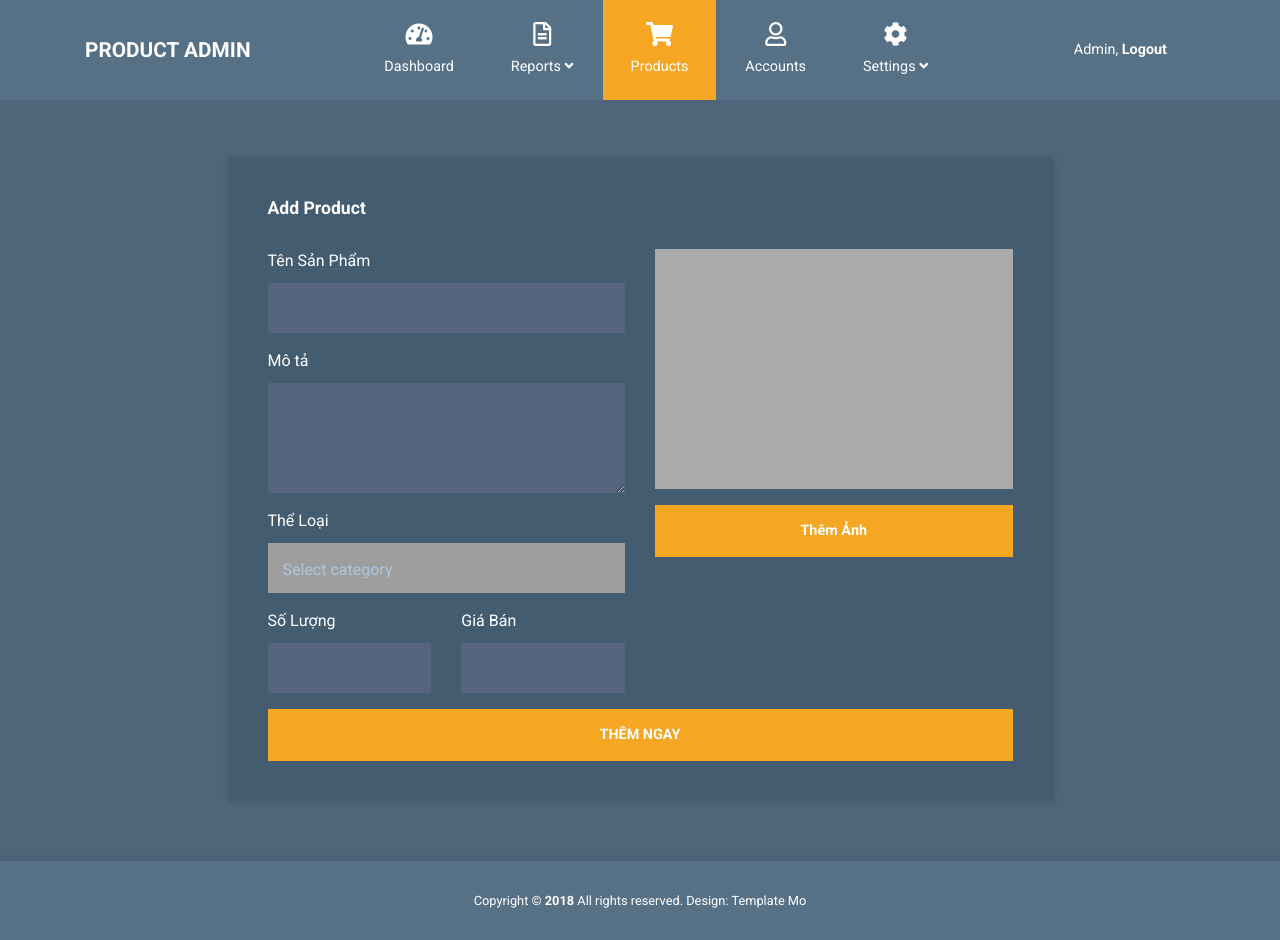
Repository: TruongNguyen0512/Bookhabor-ecommere-web
Page: http://localhost/bookHabor/add-product.jsp
An editor plug-in stored every save of this project. The page is shown before and after the next save, followed by the edit.
The browser window is 1280 px wide. The pictures show the whole page.
Pictures or frames that could not be fetched are drawn as grey boxes. The page is served by Tomcat 9. Nobody is signed in. The application's start-up code is not run. Other server files are loaded and not shown.

Above is the page before, as saved 2023-12-08 06:03:23.

### bookHabor/src/main/webapp/add-product.jsp
<%@ page language="java" contentType="text/html; charset=UTF-8"
	pageEncoding="UTF-8"%>
<!DOCTYPE html>
<html lang="en">
<head>
<meta charset="UTF-8" />
<meta name="viewport" content="width=device-width, initial-scale=1.0" />
<meta http-equiv="X-UA-Compatible" content="ie=edge" />
<title>Add Product - Dashboard HTML Template</title>
<link rel="stylesheet"
	href="https://fonts.googleapis.com/css?family=Roboto:400,700" />
<!-- https://fonts.google.com/specimen/Roboto -->
<link rel="stylesheet" href="css/fontawesome.min.css" />
<!-- https://fontawesome.com/ -->
<link rel="stylesheet" href="jquery-ui-datepicker/jquery-ui.min.css"
	type="text/css" />
<!-- http://api.jqueryui.com/datepicker/ -->
<link rel="stylesheet" href="css/bootstrap.min.css" />
<!-- https://getbootstrap.com/ -->
<link rel="stylesheet" href="css/templatemo-style.css">
<!--
	Product Admin CSS Template
	https://templatemo.com/tm-524-product-admin
	-->
</head>

<body>
	<nav class="navbar navbar-expand-xl">
		<div class="container h-100">
			<a class="navbar-brand" href="index.html">
				<h1 class="tm-site-title mb-0">Product Admin</h1>
			</a>
			<button class="navbar-toggler ml-auto mr-0" type="button"
				data-toggle="collapse" data-target="#navbarSupportedContent"
				aria-controls="navbarSupportedContent" aria-expanded="false"
				aria-label="Toggle navigation">
				<i class="fas fa-bars tm-nav-icon"></i>
			</button>

			<div class="collapse navbar-collapse" id="navbarSupportedContent">
				<ul class="navbar-nav mx-auto h-100">
					<li class="nav-item"><a class="nav-link" href="index.html">
							<i class="fas fa-tachometer-alt"></i> Dashboard <span
							class="sr-only">(current)</span>
					</a></li>
					<li class="nav-item dropdown"><a
						class="nav-link dropdown-toggle" href="#" id="navbarDropdown"
						role="button" data-toggle="dropdown" aria-haspopup="true"
						aria-expanded="false"> <i class="far fa-file-alt"></i> <span>
								Reports <i class="fas fa-angle-down"></i>
						</span>
					</a>
						<div class="dropdown-menu" aria-labelledby="navbarDropdown">
							<a class="dropdown-item" href="#">Daily Report</a> <a
								class="dropdown-item" href="#">Weekly Report</a> <a
								class="dropdown-item" href="#">Yearly Report</a>
						</div></li>
					<li class="nav-item"><a class="nav-link active"
						href="products.html"> <i class="fas fa-shopping-cart"></i>
							Products
					</a></li>

					<li class="nav-item"><a class="nav-link" href="accounts.html">
							<i class="far fa-user"></i> Accounts
					</a></li>
					<li class="nav-item dropdown"><a
						class="nav-link dropdown-toggle" href="#" id="navbarDropdown"
						role="button" data-toggle="dropdown" aria-haspopup="true"
						aria-expanded="false"> <i class="fas fa-cog"></i> <span>
								Settings <i class="fas fa-angle-down"></i>
						</span>
					</a>
						<div class="dropdown-menu" aria-labelledby="navbarDropdown">
							<a class="dropdown-item" href="#">Profile</a> <a
								class="dropdown-item" href="#">Billing</a> <a
								class="dropdown-item" href="#">Customize</a>
						</div></li>
				</ul>
				<ul class="navbar-nav">
					<li class="nav-item"><a class="nav-link d-block"
						href="login.html"> Admin, <b>Logout</b>
					</a></li>
				</ul>
			</div>
		</div>
	</nav>
	<div class="container tm-mt-big tm-mb-big">
		<div class="row">
			<div class="col-xl-9 col-lg-10 col-md-12 col-sm-12 mx-auto">
				<div class="tm-bg-primary-dark tm-block tm-block-h-auto">
					<div class="row">
						<div class="col-12">
							<h2 class="tm-block-title d-inline-block">Add Product</h2>
						</div>
					</div>
					<div class="row tm-edit-product-row">
						<div class="col-xl-6 col-lg-6 col-md-12">
							<form action="" class="tm-edit-product-form">
								<div class="form-group mb-3">
									<label for="name">Tên Sản Phẩm </label> <input id="tenSanPham"
										name="tenSanPham" type="text" class="form-control validate" required />
								</div>
								<div class="form-group mb-3">
									<label for="description">Mô tả</label>
									<textarea class="form-control validate" rows="3" required></textarea>
								</div>
								<div class="form-group mb-3">
									<label for="category">Thể Loại</label> <select
										class="custom-select tm-select-accounts" id="category">
										<option selected>Select category</option>
										<option value="1">Khoa Học</option>
										<option value="2">Văn Học</option>
										<option value="3">Đời Sống</option>
									</select>
								</div>
								<div class="row">
									<div class="form-group mb-3 col-xs-12 col-sm-6">
										<label for="expire_date">Số Lượng</label> <input
											id="" name="soLuong" type="text"
											class="form-control validate" data-large-mode="true" />
									</div>
									<div class="form-group mb-3 col-xs-12 col-sm-6">
										<label for="stock">Giá Bán</label> <input id="stock"
											name="giaBan" type="text" class="form-control validate"
											required />
									</div>
								</div>
						</div>
						<div class="col-xl-6 col-lg-6 col-md-12 mx-auto mb-4">
							<div class="tm-product-img-dummy mx-auto">
								 <img
									id="uploadedImage" src="" alt="Uploaded Image"
									style="display: none; max-width: 100%; height: auto;">
							</div>
							<div class="custom-file mt-3 mb-3">
								<input id="fileInput" type="file" style="display: none;"
									onchange="previewImage(event)" /> <input type="button"
									class="btn btn-primary btn-block mx-auto"
									value="Thêm Ảnh"
									onclick="document.getElementById('fileInput').click();" />
							</div>
						</div>

						<div class="col-12">
							<button type="submit"
								class="btn btn-primary btn-block text-uppercase">Thêm
								Ngay</button>
						</div>
						</form>
					</div>
				</div>
			</div>
		</div>
	</div>
	<footer class="tm-footer row tm-mt-small">
		<div class="col-12 font-weight-light">
			<p class="text-center text-white mb-0 px-4 small">
				Copyright &copy; <b>2018</b> All rights reserved. Design: <a
					rel="nofollow noopener" href="https://templatemo.com"
					class="tm-footer-link">Template Mo</a>
			</p>
		</div>
	</footer>

	<script src="js/jquery-3.3.1.min.js"></script>
	<!-- https://jquery.com/download/ -->
	<script src="jquery-ui-datepicker/jquery-ui.min.js"></script>
	<!-- https://jqueryui.com/download/ -->
	<script src="js/bootstrap.min.js"></script>
	<!-- https://getbootstrap.com/ -->
	<script>
		$(function() {
			$("#expire_date").datepicker();
		});
	</script>

	<script>
  function previewImage(event) {
    const input = event.target;
    if (input.files && input.files[0]) {
      const reader = new FileReader();

      reader.onload = function(e) {
        const image = document.getElementById('uploadedImage');
        image.src = e.target.result;
        image.style.display = 'block';
      };

      reader.readAsDataURL(input.files[0]);
    }
  }
</script>
</body>
</html>

### bookHabor/src/main/webapp/css/templatemo-style.css
@charset "ISO-8859-1";
/*

Product Admin CSS Template

https://templatemo.com/tm-524-product-admin

*/

html {
  font-size: 16px;
  overflow-x: hidden;
}
body {
  font-family: Roboto, Helvetica, Arial, sans-serif;
  background-color: #4e657a;
  overflow-x: hidden;
}
a {
  transition: all 0.3s ease;
}
a:focus,
a:hover {
  text-decoration: none;
}
button:focus {
  outline: 0;
}
.navbar-brand {
  display: flex;
  align-items: center;
}
.tm-site-icon {
  color: #656565;
}
.tm-site-title {
  display: inline-block;
  text-transform: uppercase;
  font-size: 1.3rem;
  font-weight: 700;
  color: #fff;
}
.navbar {
  height: 100px;
  background-color: #567086;
  padding: 0;
}
.navbar .container {
  position: relative;
}
.tm-logout-icon {
  font-size: 1.5em;
}
.tm-mt-big {
  margin-top: 57px;
}
.tm-mb-big {
  margin-bottom: 60px;
}
.tm-mt-small {
  margin-top: 20px;
}
.tm-block-col {
  margin-bottom: 30px;
}
.tm-block {
  padding: 40px;
  -webkit-box-shadow: 1px 1px 5px 0 #455c71;
  -moz-box-shadow: 1px 1px 5px 0 #455c71;
  box-shadow: 1px 1px 5px 0 #455c71;
  min-height: 350px;
  height: 100%;
  max-height: 450px;
}
.tm-block-avatar,
.tm-block-settings {
  max-height: none;
}
.tm-block-avatar {
  height: auto;
}
.tm-block-h-auto {
  min-height: 1px;
  max-height: none;
  height: auto;
}
.tm-block-scroll {
  overflow-y: scroll;
}
.tm-block-overflow {
  overflow: hidden;
}
.tm-block-title {
  font-size: 1.1rem;
  font-weight: 700;
  color: #fff;
  margin-bottom: 30px;
}
.nav-link {
  color: #fff;
  height: 100%;
  display: flex;
  align-items: center;
  justify-content: center;
  flex-direction: column;
  font-size: 90%;
}
.nav-link > i {
  margin-bottom: 10px;
  margin-right: 0;
  font-size: 1.5rem;
}
.dropdown-item,
.nav-link {
  padding: 15px 20px;
}
.dropdown-menu {
  font-size: 90%;
  color: #fff;
  background-color: #567086;
  border-radius: 0;
  padding-top: 10px;
  padding-bottom: 10px;
  min-width: auto;
}
.dropdown-item {
  color: #fff;
  padding: 15px 30px;
}
.navbar-nav .active > .nav-link,
.navbar-nav .nav-link.active {
  background-color: #f5a623;
  color: #fff;
}
.navbar-nav .nav-link.active i {
  color: #fff;
}
.dropdown-item:focus,
.dropdown-item:hover {
  background-color: #567086;
}
.navbar-nav a:hover,
.navbar-nav a:hover i {
  color: #f5a623;
}
.nav-item {
  text-align: center;
}
.nav-item:last-child {
  margin-right: 0;
}
.dropdown-toggle::after {
  display: none;
}
.dropdown-menu {
  margin-top: 0;
  border: 0;
}
.tm-content-row {
  justify-content: space-between;
  margin-left: -20px;
  margin-right: -20px;
}
.tm-col {
  padding-left: 20px;
  padding-right: 20px;
  margin-bottom: 50px;
}
.tm-col-big {
  width: 39%;
}
.tm-col-small {
  width: 21.95%;
}
.tm-gray-circle {
  width: 80px;
  height: 80px;
  background-color: #aaa;
  border-radius: 50%;
  margin-right: 15px;
}
.tm-notification-items {
  overflow-y: scroll;
  height: 90%;
}
.tm-notification-item {
  padding: 15px;
  background-color: #4e657a;
  color: #fff;
  font-size: 95%;
  margin-bottom: 15px;
}
.tm-notification-item:last-child {
  margin-bottom: 0;
}
.tm-notification-link {
  color: #f5a623;
}
.tm-text-color-secondary {
  color: #bdcbd8;
}
.tm-small {
  font-size: 90%;
}
.table {
  background-color: #50697f;
  color: #fff;
  font-size: 85%;
  margin-bottom: 0;
}
thead {
  background-color: #486177;
  color: #fff;
}
.table thead th {
  border-bottom: 0;
}
.tm-status-circle {
  display: inline-block;
  margin-right: 5px;
  vertical-align: middle;
  width: 5px;
  height: 5px;
  border-radius: 50%;
  margin-top: -3px;
}
.moving {
  background-color: #9be64d;
  box-shadow: 0 0 8px #9be64d, inset 0 0 8px #9be64d;
}
.pending {
  background-color: #efc54b;
  box-shadow: 0 0 8px #efc54b, inset 0 0 8px #efc54b;
}
.cancelled {
  background-color: #da534f;
  box-shadow: 0 0 8px #da534f, inset 0 0 8px #da534f;
}
.tm-avatar {
  width: 345px;
}
.tm-avatar-container {
  position: relative;
  cursor: pointer;
  display: flex;
  align-items: center;
  flex-direction: column;
}
.tm-avatar-delete-link {
  position: absolute;
  left: 50%;
  top: 50%;
  margin-left: -25px;
  margin-top: -25px;
  z-index: 1000;
  padding: 14px;
  border-radius: 50%;
  background-color: rgba(57, 78, 100, 0.7);
  display: inline-block;
  width: 50px;
  height: 50px;
  text-align: center;
  display: none;
  transition: all 0.2s ease;
}
.tm-avatar-container:hover .tm-avatar-delete-link {
  display: block;
}
.tm-col-avatar {
  max-width: 425px;
  width: 37%;
  padding-left: 15px;
  padding-right: 15px;
}
.tm-col-account-settings {
  max-width: 822px;
  width: 63%;
  padding-left: 15px;
  padding-right: 15px;
}
.form-control {
  background-color: #54657d;
  color: #fff;
  border: 0;
}
.form-control:focus {
  background-color: #60738e;
  color: #fff;
  border-color: transparent;
  box-shadow: 0 0 0 0.1rem rgb(180, 206, 233, 0.5);
}
.form-group label {
  color: #fff;
  margin-bottom: 10px;
}
.tm-hide-sm {
  display: block;
}
.tm-list-group {
  counter-reset: myOrderedListItemsCounter;
  padding-left: 0;
}
.tm-list-group > li {
  list-style-type: none;
  position: relative;
  cursor: pointer;
  transition: all 0.3s ease;
  padding: 8px;
}
.tm-list-group > li:hover {
  color: #0266c4;
}
.tm-list-group > li:before {
  counter-increment: myOrderedListItemsCounter;
  content: counter(myOrderedListItemsCounter) ".";
  margin-right: 0.5em;
}
.tm-list {
  padding-left: 30px;
}
.tm-list > li {
  margin-bottom: 20px;
}
.form-control {
  padding: 19px 18px;
  border-radius: 0;
  height: 50px;
}
.form-group {
  margin-bottom: 15px;
}
.btn {
  border-radius: 0;
  padding: 13px 28px;
  transition: all 0.2s ease;
  max-width: 100%;
}
.btn-small {
  padding: 10px 24px;
}
.btn-primary {
  color: #fff;
  background-color: #f5a623;
  border: 2px solid #f5a623;
  font-size: 90%;
  font-weight: 600;
}
.btn-primary:active,
.btn-primary:hover {
  color: #f5a623;
  background-color: transparent;
  border: 2px solid #f5a623;
}
.custom-file-input {
  cursor: pointer;
}
.custom-file-label {
  border-radius: 0;
}
.table td,
.table th {
  border-top: 1px solid #415a70;
  padding: 15px 25px;
  vertical-align: middle;
}
.tm-table-small td,
.tm-table-small th {
  padding-left: 12px;
  padding-right: 12px;
}
.table-hover tbody tr {
  transition: all 0.2s ease;
}
.table-hover tbody tr:hover {
  color: #a0c0de;
}
.tm-bg-primary-dark {
  background-color: #435c70;
}
.tm-bg-gray {
  background-color: rgba(0, 0, 0, 0.05);
}
.tm-table-mt {
  margin-top: 66px;
}
.page-item:first-child .page-link {
  border-top-left-radius: 0;
  border-bottom-left-radius: 0;
}
.page-item:last-child .page-link {
  border-top-right-radius: 0;
  border-bottom-right-radius: 0;
}
.page-link {
  padding: 12px 18px;
}
.page-link,
.page-link:hover {
  color: #000;
}
.page-item {
  margin-right: 18px;
}
.page-item:last-child {
  margin-right: 0;
}
.page-item.active .page-link {
  background-color: #e9ecef;
  border-color: #dee2e6;
  color: #000;
}
input[type="checkbox"] {
  cursor: pointer;
  -webkit-appearance: none;
  appearance: none;
  background-color: #394e64;
  background-position: center;
  border-radius: 50%;
  box-sizing: border-box;
  position: relative;
  box-sizing: content-box;
  width: 24px;
  height: 24px;
  transition: all 0.1s linear;
}
input[type="checkbox"]:checked {
  background: url(../img/check-mark.png) #394e64 center no-repeat;
}
input[type="checkbox"]:focus {
  outline: 0 none;
  box-shadow: none;
}
.tm-block-products {
  min-height: 725px;
}
.tm-block-product-categories {
  min-height: 650px;
}
.tm-product-table-container {
  max-height: 465px;
  margin-bottom: 15px;
  overflow-y: scroll;
}
.tm-product-table tr {
  font-weight: 600;
}
.tm-product-name {
  font-size: 0.95rem;
  font-weight: 600;
}
.tm-product-delete-icon {
  font-size: 1.1rem;
  color: #fff;
}
.tm-product-delete-link {
  padding: 10px;
  border-radius: 50%;
  background-color: #394e64;
  display: inline-block;
  width: 40px;
  height: 40px;
  text-align: center;
}
.tm-product-delete-link:hover .tm-product-delete-icon {
  color: #6d8ca6;
}
.custom-select {
  width: 100%;
  border: none;
  color: #acc6de;
  height: 50px;
  -webkit-appearance: none;
  -moz-appearance: none;
  -ms-appearance: none;
  -o-appearance: none;
  appearance: none;
  -webkit-border-radius: 0;
  -moz-border-radius: 0;
  -ms-border-radius: 0;
  -o-border-radius: 0;
  border-radius: 0;
  padding: 15px;
  background: url(../img/arrow-down.png) 98% no-repeat #50657b;
}
.custom-select:focus {
  outline: 0;
}
.tm-trash-icon {
  color: #6e6c6c;
  cursor: pointer;
}
.tm-trash-icon:hover {
  color: #9f1321;
}
.tm-footer {
  background-color: #567086;
  padding-top: 30px;
  padding-bottom: 30px;
  -webkit-box-shadow: 0 -3px 5px 0 rgba(69, 92, 113, 0.59);
  -moz-box-shadow: 0 -3px 5px 0 rgba(69, 92, 113, 0.59);
  box-shadow: 0 -3px 5px 0 rgba(69, 92, 113, 0.59);
}
.custom-select {
  height: 50px;
  border-radius: 0;
}
.tm-product-img-dummy {
  max-width: 100%;
  height: 240px;
  display: flex;
  align-items: center;
  justify-content: center;
  color: #fff;
  background: #aaa;
}
.tm-product-img-edit {
  max-width: 100%;
  position: relative;
}
.tm-product-img-edit i {
  display: none;
  position: absolute;
}
.tm-product-img-edit:hover i {
  display: block;
}
.tm-upload-icon {
  background: #455c71;
  width: 55px;
  height: 55px;
  border-radius: 50%;
  text-align: center;
  padding-top: 15px;
  font-size: 22px;
}
.tm-login-col {
  max-width: 470px;
}
.navbar-toggler {
  border-color: #708da8;
  box-shadow: rgba(255, 255, 255, 0.1) 0 1px 1px 2px;
  border-radius: 0;
  padding: 10px 15px;
  transition: all 0.2s ease;
}
.navbar-toggler:hover {
  border-color: #f5a623;
  color: #f5a623;
}
.tm-nav-icon {
  color: #fff;
}
.navbar-toggler:hover .tm-nav-icon {
  color: #f5a623;
}
::-webkit-scrollbar {
  width: 8px;
  height: 8px;
}
::-webkit-scrollbar-track {
  background: #394f62;
}
::-webkit-scrollbar-thumb {
  background: #6d8da6;
}
::-webkit-scrollbar-thumb:hover {
  background: #8ab5d6;
}

.tm-footer-link {
  color: white;
}

.tm-footer-link:hover,
.tm-footer-link:focus {
  color: #aacbea;
}

@media (min-width: 1200px) {
  .navbar-expand-xl .navbar-nav .nav-link {
    padding-left: 28px;
    padding-right: 28px;
  }
  .navbar-collapse {
    height: 100%;
  }
}
@media (min-width: 992px) {
  .navbar-expand-lg .navbar-nav .nav-link {
    padding: 15px 20px;
  }
}
@media (max-width: 1275px) and (min-width: 1200px) {
  .nav-item {
    margin-right: 15px;
  }
}
@media (max-width: 1350px) {
  .nav-item {
    margin-right: 1px;
  }
}
@media (max-width: 1199px) {
  .tm-col-big,
  .tm-col-small {
    width: 49.65%;
  }
  .navbar-collapse {
    padding: 0;
    box-shadow: rgba(255, 255, 255, 0.1) 0 1px 1px 1px;
    position: absolute;
    top: 72px;
    right: 20px;
    width: 200px;
    z-index: 1000;
  }
  .dropdown-menu {
    text-align: center;
  }
  .nav-link {
    color: #fff;
    background-color: #567086;
    padding: 15px;
    flex-direction: row;
  }
  .nav-link > i {
    font-size: 1rem;
    margin-right: 10px;
    margin-bottom: 0;
  }
  .nav-item {
    margin-right: 0;
  }
  .tm-block-taller {
    max-height: 520px;
  }
}
@media (max-width: 1199.98px) {
  .navbar-expand-xl > .container,
  .navbar-expand-xl > .container-fluid {
    padding-left: 15px;
    padding-right: 15px;
  }
  .navbar-collapse {
    right: 15px;
  }
}
@media (max-width: 991px) {
  .tm-col-big,
  .tm-col-small {
    width: 100%;
    min-height: 383px;
    height: auto;
  }
  .tm-block {
    padding: 30px;
  }
}
@media (max-width: 767px) {
  .tm-col-account-settings,
  .tm-col-avatar {
    width: 100%;
    max-width: 100%;
  }
  .tm-block-avatar {
    display: flex;
    flex-direction: column;
  }
  .tm-avatar {
    align-self: center;
  }
  .tm-hide-sm {
    display: none;
  }
}
@media (max-width: 633px) {
  .page-item {
    margin-top: 10px;
  }
  .custom-select {
    background-position: 96%;
  }
}
@media (max-width: 574px) {
  .navbar-collapse {
    top: 47px;
  }
  .navbar {
    height: 50px;
  }
  .tm-site-title {
    font-size: 1.4rem;
    margin-left: 7px;
  }
  .tm-site-icon {
    font-size: 2em;
  }
}
@media (max-width: 480px) {
  .tm-mt-big {
    margin-top: 45px;
  }
  .tm-mb-big {
    margin-bottom: 45px;
  }
  #barChart,
  #lineChart {
    max-height: 350px;
  }
}

Loaded but not shown: bookHabor/src/main/webapp/css/fontawesome.min.css (library); bookHabor/src/main/webapp/jquery-ui-datepicker/jquery-ui.min.css (library); bookHabor/src/main/webapp/css/bootstrap.min.css (library); bookHabor/src/main/webapp/js/jquery-3.3.1.min.js (library); bookHabor/src/main/webapp/jquery-ui-datepicker/jquery-ui.min.js (library); bookHabor/src/main/webapp/js/bootstrap.min.js (library)

After the next save:
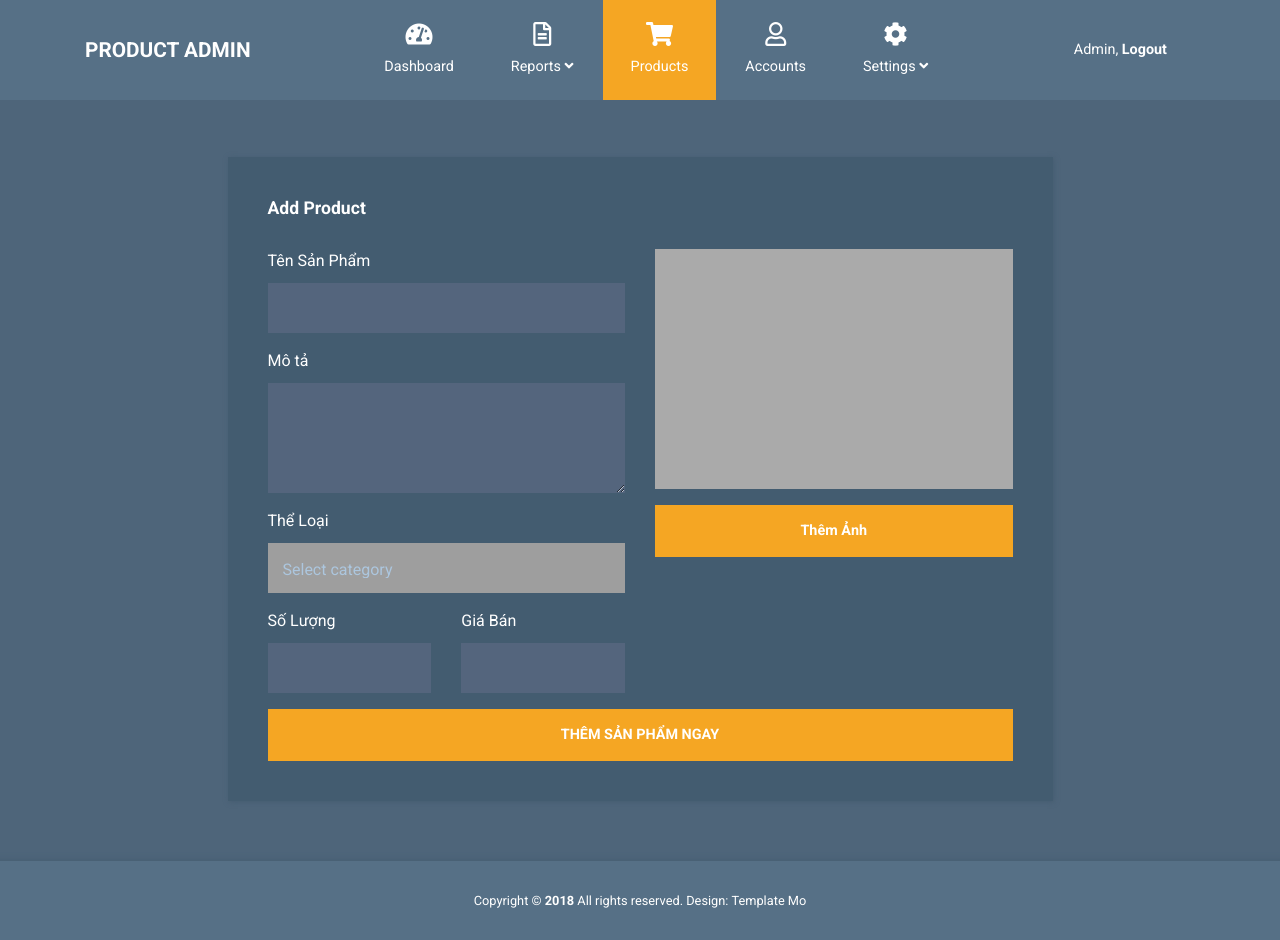
Saved 11 s later.
--- a/bookHabor/src/main/webapp/add-product.jsp
+++ b/bookHabor/src/main/webapp/add-product.jsp
@@ -143,7 +143,7 @@
 
 						<div class="col-12">
 							<button type="submit"
-								class="btn btn-primary btn-block text-uppercase">Thêm
+								class="btn btn-primary btn-block text-uppercase">Thêm Sản Phẩm
 								Ngay</button>
 						</div>
 						</form>
